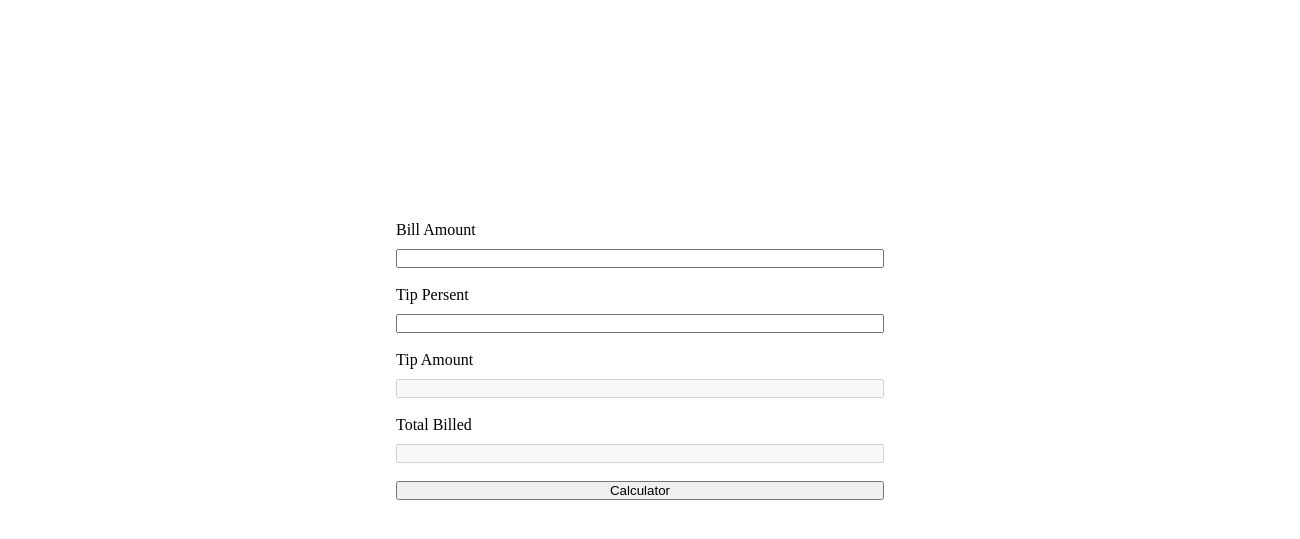
Repository: ZainAkbar51214/Tip-Calculator
Page: index.html
An editor plug-in stored every save of this project. The page is shown before and after the next save, followed by the edit.
The browser window is 1280 px wide. The page is 1300 px wide, so the pictures cover 1300 px, including what lies to the right of the window. The pictures show the whole page.
The style sheet was rebuilt from its Sass, Less or Tailwind sources for each picture, by a compiler version that may differ from the author's.

Above is the page before, as saved 2024-03-25 10:05:39.

### index.html
<!DOCTYPE html>
<html lang="en">

<head>
    <meta charset="UTF-8">
    <meta name="viewport" content="width=device-width, initial-scale=1.0">
    <title>Tip Calculator</title>
    <!-- css custom link -->
    <link rel="stylesheet" href="css/style.css">
</head>

<body>
    <div class="container">
        <div class="row">
            <div class="col">
                <div class="calculator">
                    <label>Bill Amount</label>
                    <input type="text" name="" id="tip_amount">
                    <br>
                    <label>Tip Persent</label>
                    <input type="text" name="" id="tip_persent">
                    <br>
                    <label>Tip Amount</label>
                    <input type="text" name="" id="tip_total" disabled>
                    <br>
                    <label>Total Billed</label>
                    <input type="text" name="" id="total_billed" disabled>
                    <br>
                    <button class="btn" onclick="tipCalculate()">Calculator</button>
                </div>
            </div>
        </div>
    </div>
</body>

</html>

### css/style.scss
*{
    margin: 0;
    padding: 0;
    box-sizing: border-box;
}

.container{
    width: 100%;
    max-width: 1350px;
    margin: auto;

    .row{
        display: flex;
        flex-wrap: wrap;
        margin-left: -20px;
        margin-right: -20px;
        height: 100vh;

        .col{
            flex: 0 0 40%;
            margin: auto;
            padding: 20px;

            .calculator{
                display: flex;
                flex-direction: column;

                label{
                    margin-bottom: 10px;
                }
            }
        }
    }
}

After the next save:
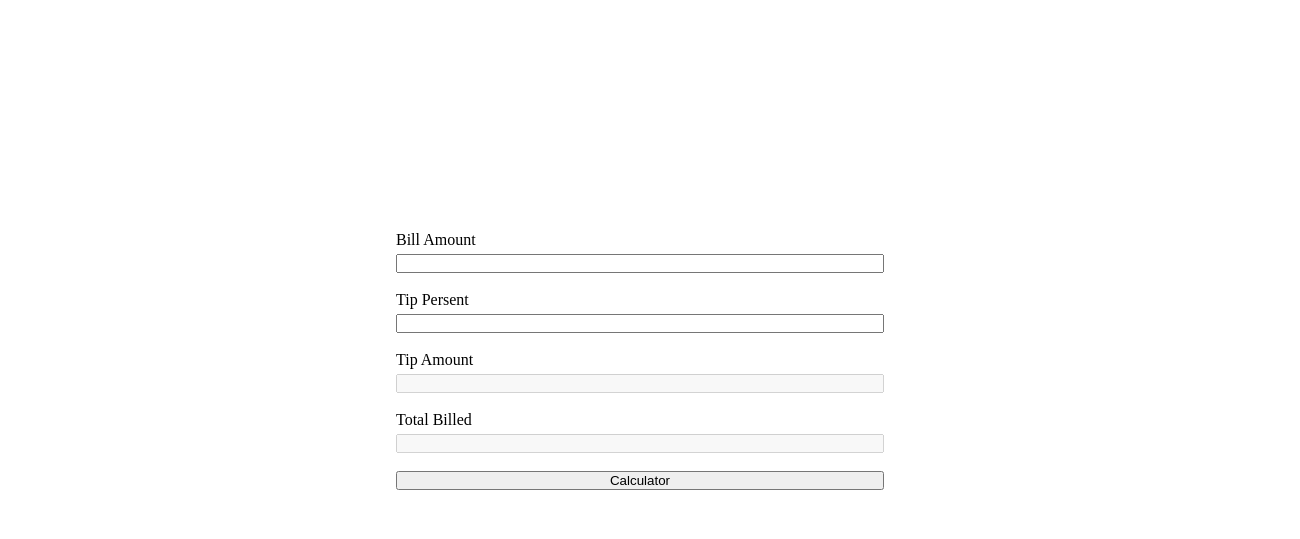
Saved 4 s later.
--- a/css/style.scss
+++ b/css/style.scss
@@ -26,7 +26,7 @@
                 flex-direction: column;
 
                 label{
-                    margin-bottom: 10px;
+                    margin-bottom: 5px;
                 }
             }
         }
